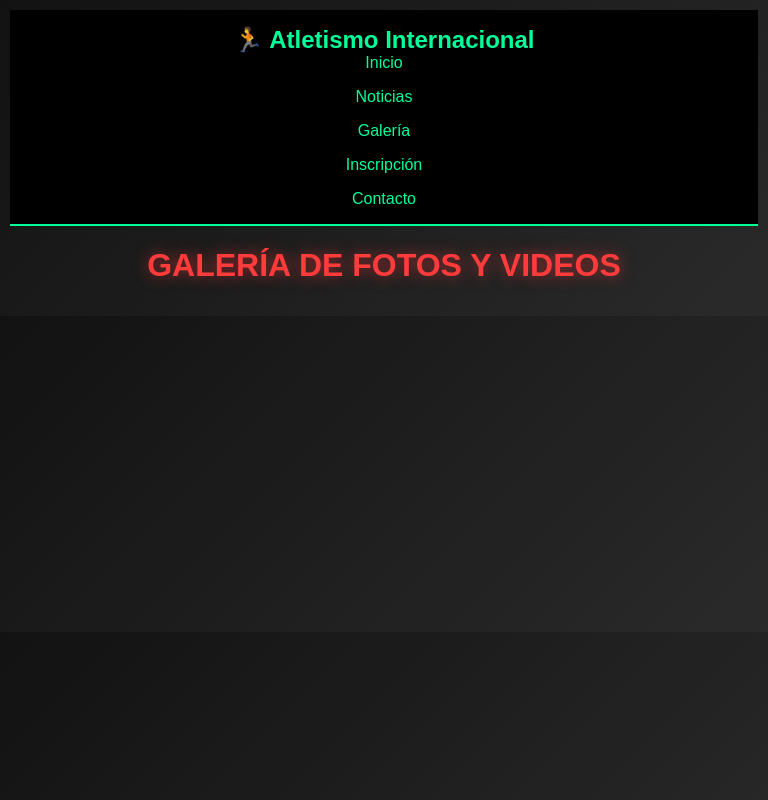
Repository: demoniers/web-meeting
Page: /galeria
These files come from the project's save history. The page is drawn as it stood at one moment and after the next save; the edit follows.
The browser window is 768 px wide. The pictures show the whole page.
The page's requests for data from a server got no answer. The project was rebuilt for these pictures with package versions that can differ from the ones it lists, and the page was loaded fresh each time. No one was signed in, and anything a server would have sent is missing. Also part of the build but not shown: vite.config.js, src/pages/Home.jsx, src/pages/Noticias.jsx, src/pages/Inscripcion.jsx.

Above is the page before, as saved 2025-05-08 12:26:16.

### src/index.css
@tailwind base;
@tailwind components;
@tailwind utilities;

body {
  background-color: #121212;
  color: #f1f1f1;
  font-family: "Arial", sans-serif;
}

h1 {
  font-size: 2rem;
  font-weight: bold;
  text-align: center;
  color: #00ff99;
}

button {
  background-color: #00ff99;
  color: black;
  padding: 10px;
  border-radius: 5px;
  transition: background 0.3s ease-in-out;
}

button:hover {
  background-color: #ffffff;
}

### src/App.jsx
import { Routes, Route } from "react-router-dom";
import Navbar from "./components/Navbar";
import Home from "./pages/Home";
import Noticias from "./pages/Noticias";
import Galeria from "./pages/Galeria";
import Inscripcion from "./pages/Inscripcion";
import styles from './styles/globalStyles.module.css';

export default function App() {
  return (
    <div className={styles.container}>
      <Navbar />
      <Routes>
        <Route path="/" element={<Home />} />
        <Route path="/noticias" element={<Noticias />} />
        <Route path="/galeria" element={<Galeria />} />
        <Route path="/inscripcion" element={<Inscripcion />} />
      </Routes>
    </div>
  );
}

### src/components/Navbar.jsx
import { Link } from "react-router-dom";
import styles from "./Navbar.module.css"; // Importamos los estilos

export default function Navbar() {
  return (
    <nav className={styles.navbar}>
      <div className={styles.logo}>🏃 Atletismo Internacional</div>
      <div className={styles.links}>
        <Link to="/" className={styles.link}>Inicio</Link>
        <Link to="/noticias" className={styles.link}>Noticias</Link>
        <Link to="/galeria" className={styles.link}>Galería</Link>
        <Link to="/inscripcion" className={styles.link}>Inscripción</Link>
        <Link to="/contacto" className={styles.link}>Contacto</Link>
      </div>
    </nav>
  );
}

### src/pages/Galeria.jsx
import { useEffect, useState } from "react";

export default function Galeria() {
  const [archivos, setArchivos] = useState([]);

  useEffect(() => {
    fetch("http://localhost:5000/galeria")
      .then((res) => res.json())
      .then((data) => setArchivos(data));
  }, []);

  return (
    <div className="p-6">
      <h1 className="text-green-400 text-3xl font-bold">Galería de Fotos y Videos</h1>
      <div className="grid grid-cols-2 gap-4 mt-4">
        {archivos.map((archivo) => (
          <div key={archivo.id} className="border p-4">
            {archivo.tipo === "imagen" ? (
              <img src={archivo.archivo} alt={archivo.titulo} className="w-full" />
            ) : (
              <video src={archivo.archivo} controls className="w-full" />
            )}
            <p className="text-gray-300">{archivo.titulo}</p>
          </div>
        ))}
      </div>
    </div>
  );
}

### src/styles/globalStyles.module.css
/* 🎮 Fondo estilo gaming */
body {
  background: linear-gradient(135deg, #121212, #2a2a2a);
  color: #e0e0e0; /* Gris claro en lugar de blanco puro */
  font-family: "Orbitron", sans-serif; /* Fuente futurista */
  margin: 0;
  padding: 0;
}

/* 🔹 Contenedores y estructura */
.container {
  max-width: 1200px;
  margin: auto;
  padding: 20px;
}

/* ⚡ Efecto de borde en títulos */
h1 {
  font-size: 2.8rem;
  font-weight: bold;
  text-align: center;
  color: #ff3b3b;
  text-transform: uppercase;
  text-shadow: 0px 0px 15px rgba(255, 59, 59, 0.6);
}

h2 {
  font-size: 2rem;
  font-weight: bold;
  color: #ff9500;
}

/* 🖼️ Tarjetas con estilo cyber */
.card {
  background-color: rgba(255, 255, 255, 0.05);
  border-radius: 10px;
  padding: 20px;
  margin: 15px 0;
  box-shadow: 0 4px 10px rgba(255, 59, 59, 0.4);
}

/* 🎮 Botones inspirados en videojuegos */
.button {
  background: linear-gradient(90deg, #ff3b3b, #ff9500);
  color: black;
  font-weight: bold;
  padding: 12px;
  border-radius: 6px;
  transition: transform 0.3s ease-in-out;
  cursor: pointer;
  border: none;
}

.button:hover {
  transform: scale(1.1);
  box-shadow: 0px 0px 10px rgba(255, 59, 59, 0.8);
}

/* 📱 Estilos responsivos */
@media (max-width: 768px) {
  .container {
    padding: 10px;
  }

  h1 {
    font-size: 2rem;
  }

  .card {
    padding: 15px;
  }
}

### src/components/Navbar.module.css
.navbar {
  background-color: black;
  padding: 1rem;
  display: flex;
  justify-content: space-between;
  border-bottom: 2px solid #00ff99;
}

.logo {
  font-size: 1.5rem;
  font-weight: bold;
  color: #00ff99;
}

.links {
  display: flex;
  gap: 1rem;
}

.link {
  color: #00ff99;
  text-decoration: none;
  transition: color 0.3s;
}

.link:hover {
  color: white;
}

/* Responsivo */
@media (max-width: 768px) {
  .navbar {
    flex-direction: column;
    text-align: center;
  }
  .links {
    flex-direction: column;
  }
}

Loaded but not shown: index.html (common file); src/main.jsx (common file)

After the next save:
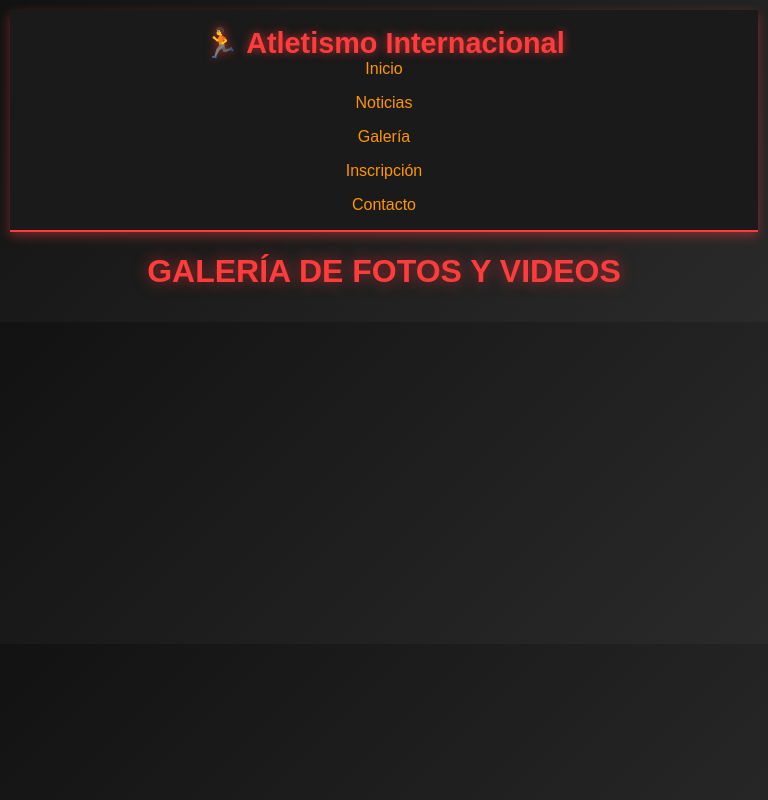
Saved 119 s later.
--- a/src/components/Navbar.module.css
+++ b/src/components/Navbar.module.css
@@ -1,39 +1,72 @@
+/* 🔥 Estilo de la barra de navegación */
 .navbar {
-  background-color: black;
+  background-color: #1a1a1a;
   padding: 1rem;
   display: flex;
   justify-content: space-between;
-  border-bottom: 2px solid #00ff99;
+  align-items: center;
+  border-bottom: 2px solid #ff3b3b;
+  box-shadow: 0 4px 10px rgba(255, 59, 59, 0.4);
 }
 
+/* 🏆 Logo con estilo neón */
 .logo {
-  font-size: 1.5rem;
+  font-size: 1.8rem;
   font-weight: bold;
-  color: #00ff99;
+  color: #ff3b3b;
+  text-shadow: 0px 0px 10px rgba(255, 59, 59, 0.7);
 }
 
+/* 🔗 Estilos de enlaces */
 .links {
   display: flex;
   gap: 1rem;
 }
 
 .link {
-  color: #00ff99;
+  color: #ff9500;
+  font-size: 1.2rem;
   text-decoration: none;
-  transition: color 0.3s;
+  transition: all 0.3s ease-in-out;
+  position: relative;
 }
 
+/* 💡 Efecto de iluminación en hover */
 .link:hover {
-  color: white;
+  color: #ffffff;
+  text-shadow: 0px 0px 8px rgba(255, 149, 0, 0.8);
 }
 
-/* Responsivo */
+/* 🎮 Línea de neón animada en hover */
+.link::after {
+  content: "";
+  display: block;
+  width: 0;
+  height: 3px;
+  background: #ff3b3b;
+  transition: width 0.3s;
+  position: absolute;
+  bottom: -5px;
+  left: 50%;
+  transform: translateX(-50%);
+}
+
+.link:hover::after {
+  width: 100%;
+}
+
+/* 📱 Diseño responsivo */
 @media (max-width: 768px) {
   .navbar {
     flex-direction: column;
     text-align: center;
   }
+
   .links {
     flex-direction: column;
   }
+
+  .link {
+    font-size: 1rem;
+  }
 }
